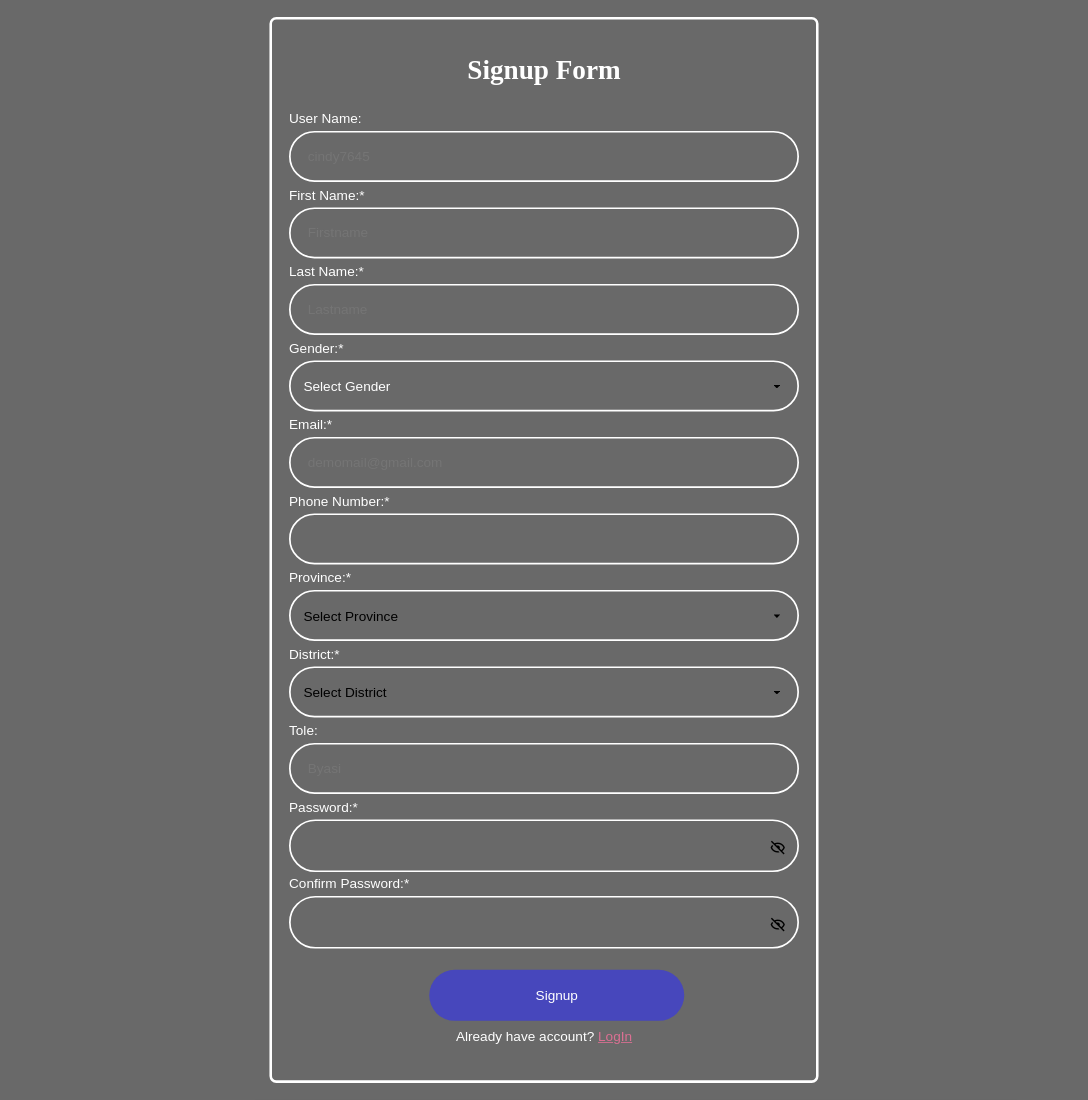
Repository: cindrellakoju/Animestore
Page: html css/signup.html
The author's editor kept a copy of each file at every save. The page is drawn from the files as they stood at one save, then again after the next save.
The browser window is 1280 px wide. The pictures show the whole page, at 85% of full size.

Above is the page before, as saved 2024-04-07 01:43:18.

After the next save:
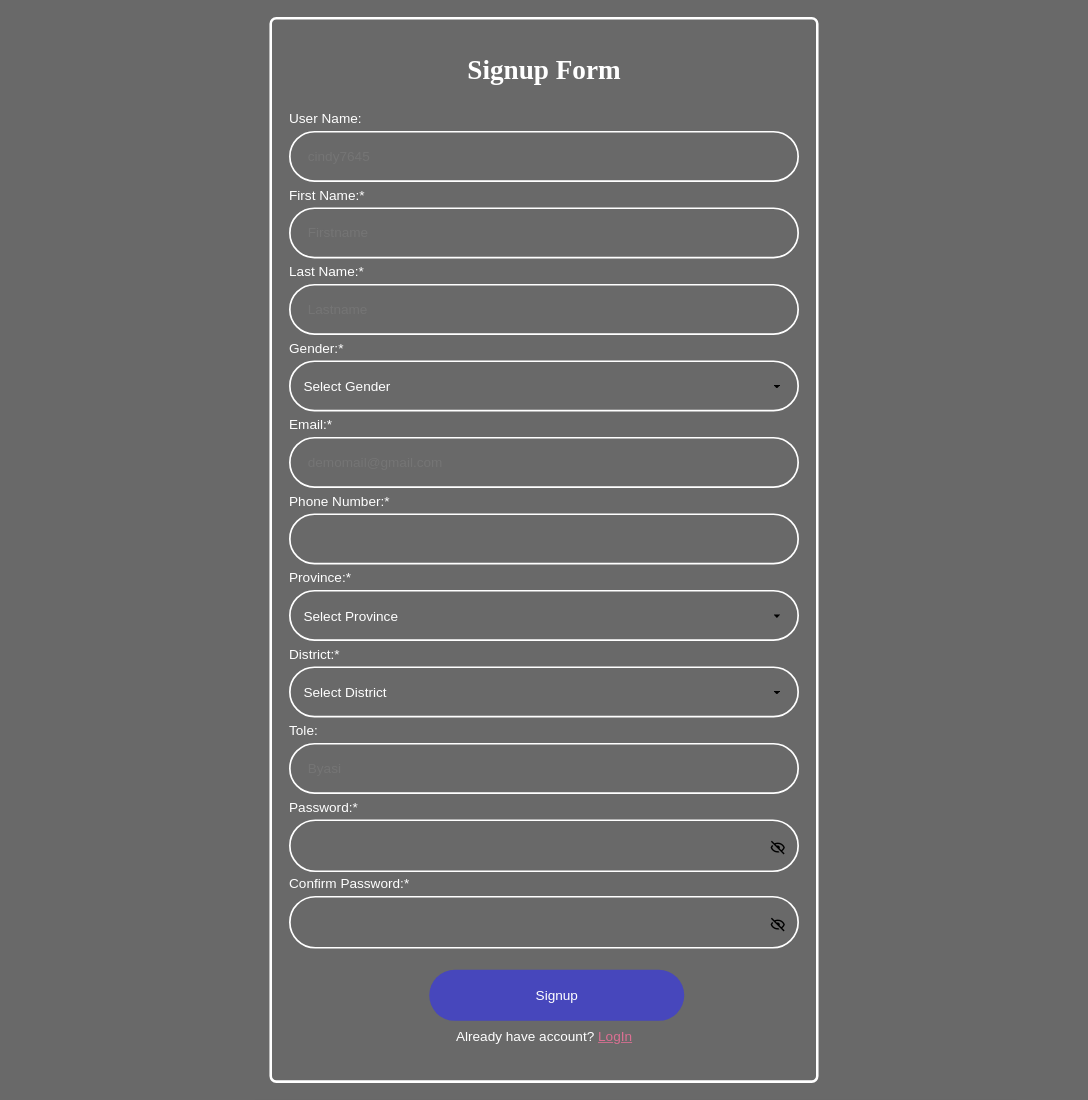
Saved 15 s later.
--- a/html css/signup.css
+++ b/html css/signup.css
@@ -96,7 +96,7 @@
     background-position: calc(100% - 20px) center; /* Move arrow to the right */
     padding-right: 25px; /* Space for arrow */
   }
-  #gender,#username{
+  #gender, #province, #district{
     color: white;
   }
   /* Hover effect for custom arrow */
